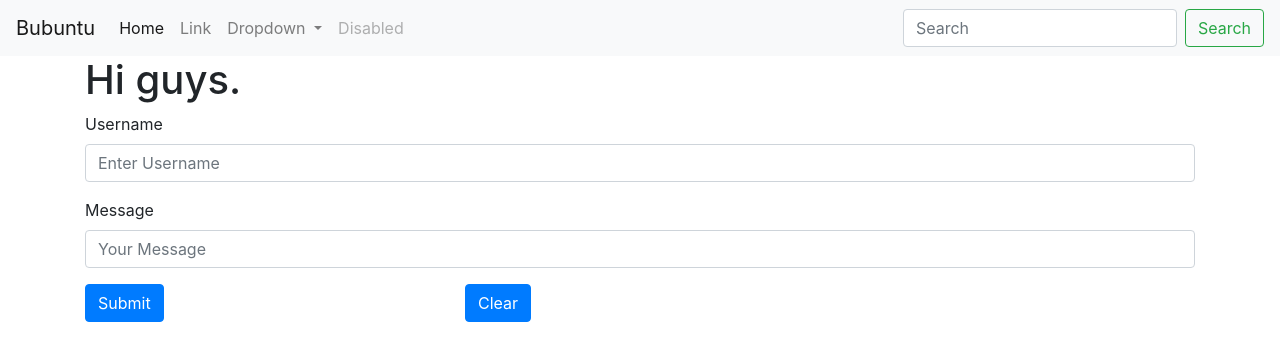
Repository: TanglingTreats/bubuntu-app
Page: http://localhost/
The author's editor kept a record of every edit. The page is drawn from the files as they stood at one moment, then again after the next edit.
The browser window is 1280 px wide. The pictures show the whole page.
The page is served by the project's application, run on Flask 3 (run.py).

Above is the page before.

### templates/index.html
{%extends 'layout.html'%}
{%block title%}Hello~{%endblock%}
{%block heading%}<h1>Hi guys.</h1>{%endblock%}
{%block form%}
<form class="form" method="POST">
  <div class="form-group">
    <label for="exampleUser">Username</label>
    <input type="text" class="form-control" name="username" id="exampleUser" aria-describedby="emailHelp" placeholder="Enter Username">
  </div>
  <div class="form-group">
    <label for="exampleMsg">Message</label>
    <input type="text" class="form-control" name="message" id="exampleMsg" placeholder="Your Message">
  </div>
  <div class="row">
    <div class="col-md-4">
      <button type="submit" value="Send" class="btn btn-primary">Submit</button>
    </div>
    <div class="col-md-4">
      <button type="button" value="Clear" class="btn btn-primary">Clear</button>
    </div>
  </div>
</form>
</br>
{%for m in messages %}
<div>
    <strong>From: </strong>{{m["username"]}}<br/>
    <strong>Message: </strong>{{m["message"]}}<br/>
</div>
{%endfor%}
{%endblock%}

### templates/layout.html
<!doctype html>
<html lang="en">
  <head>
    <!-- Required meta tags -->
    <meta charset="utf-8">
    <meta name="viewport" content="width=device-width, initial-scale=1, shrink-to-fit=no">

    <!-- Bootstrap CSS -->
    <link rel="stylesheet" href="https://stackpath.bootstrapcdn.com/bootstrap/4.3.1/css/bootstrap.min.css" integrity="sha384-ggOyR0iXCbMQv3Xipma34MD+dH/1fQ784/j6cY/iJTQUOhcWr7x9JvoRxT2MZw1T" crossorigin="anonymous">

    <title>{%block title%}{%endblock%}</title>
  </head>
  <body>
    <nav class="navbar navbar-expand-lg navbar-light bg-light">
      <a class="navbar-brand" href="#">Bubuntu</a>
      <button class="navbar-toggler" type="button" data-toggle="collapse" data-target="#navbarSupportedContent" aria-controls="navbarSupportedContent" aria-expanded="false" aria-label="Toggle navigation">
        <span class="navbar-toggler-icon"></span>
      </button>

      <div class="collapse navbar-collapse" id="navbarSupportedContent">
        <ul class="navbar-nav mr-auto">
          <li class="nav-item active">
            <a class="nav-link" href="#">Home <span class="sr-only">(current)</span></a>
          </li>
          <li class="nav-item">
            <a class="nav-link" href="#">Link</a>
          </li>
          <li class="nav-item dropdown">
            <a class="nav-link dropdown-toggle" href="#" id="navbarDropdown" role="button" data-toggle="dropdown" aria-haspopup="true" aria-expanded="false">
              Dropdown
            </a>
            <div class="dropdown-menu" aria-labelledby="navbarDropdown">
              <a class="dropdown-item" href="#">Action</a>
              <a class="dropdown-item" href="#">Another action</a>
              <div class="dropdown-divider"></div>
              <a class="dropdown-item" href="#">Something else here</a>
            </div>
          </li>
          <li class="nav-item">
            <a class="nav-link disabled" href="#" tabindex="-1" aria-disabled="true">Disabled</a>
          </li>
        </ul>
        <form class="form-inline my-2 my-lg-0">
          <input class="form-control mr-sm-2" type="search" placeholder="Search" aria-label="Search">
          <button class="btn btn-outline-success my-2 my-sm-0" type="submit">Search</button>
        </form>
      </div>
    </nav>

    <div class="container">
        {%block heading%}{%endblock%}
        {%block form%}{%endblock%}
    </div>



    <!-- Optional JavaScript -->
    <!-- jQuery first, then Popper.js, then Bootstrap JS -->
    <script src="https://code.jquery.com/jquery-3.3.1.slim.min.js" integrity="sha384-q8i/X+965DzO0rT7abK41JStQIAqVgRVzpbzo5smXKp4YfRvH+8abtTE1Pi6jizo" crossorigin="anonymous"></script>
    <script src="https://cdnjs.cloudflare.com/ajax/libs/popper.js/1.14.7/umd/popper.min.js" integrity="sha384-UO2eT0CpHqdSJQ6hJty5KVphtPhzWj9WO1clHTMGa3JDZwrnQq4sF86dIHNDz0W1" crossorigin="anonymous"></script>
    <script src="https://stackpath.bootstrapcdn.com/bootstrap/4.3.1/js/bootstrap.min.js" integrity="sha384-JjSmVgyd0p3pXB1rRibZUAYoIIy6OrQ6VrjIEaFf/nJGzIxFDsf4x0xIM+B07jRM" crossorigin="anonymous"></script>
  </body>
</html>

### run.py
from flask import Flask, render_template, request, redirect
import os

app = Flask(__name__)

app.secret_key = os.getenv("SECRET", "secretkey123")

messages = []

@app.route("/")
def index():
    return render_template("index.html", messages=messages)

@app.route("/", methods=["POST"])
def get_message():
    if request.form.get("Submit"):
        print("Run")
        username = request.form.get("username")
        msg = request.form.get("message")

        if username != '' and msg != '':
            post = {
                "username": username,
                "message": msg
                }
            messages.append(post)
            print(messages)

    if request.form.get("Clear"):
        messages.clear()
        print(messages)

    return redirect("/")



if __name__ == "__main__":
    app.run(host=os.environ.get("IP", "0.0.0.0"),
            port=int(os.environ.get("PORT", "5000")),
            debug=True)

After the next edit:
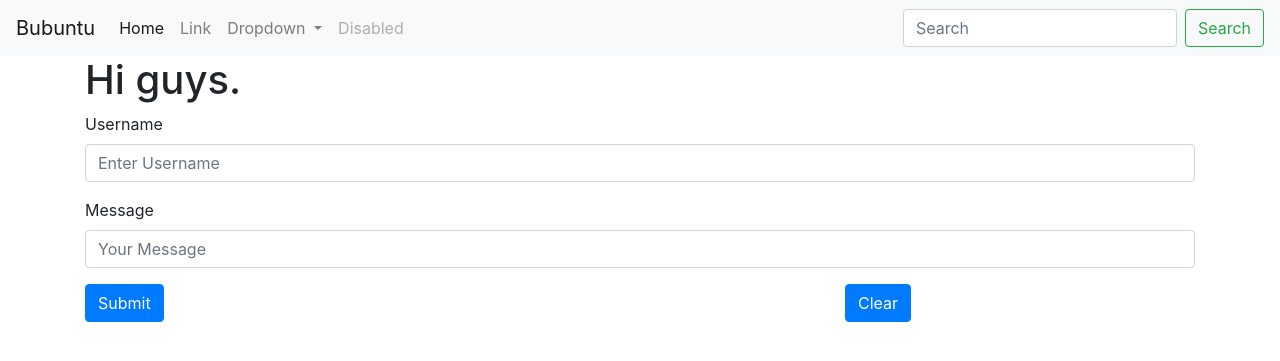
The edit:
--- a/templates/index.html
+++ b/templates/index.html
@@ -11,7 +11,7 @@
     <label for="exampleMsg">Message</label>
     <input type="text" class="form-control" name="message" id="exampleMsg" placeholder="Your Message">
   </div>
-  <div class="row">
+  <div class="row d-flex justify-content-between">
     <div class="col-md-4">
       <button type="submit" value="Send" class="btn btn-primary">Submit</button>
     </div>
